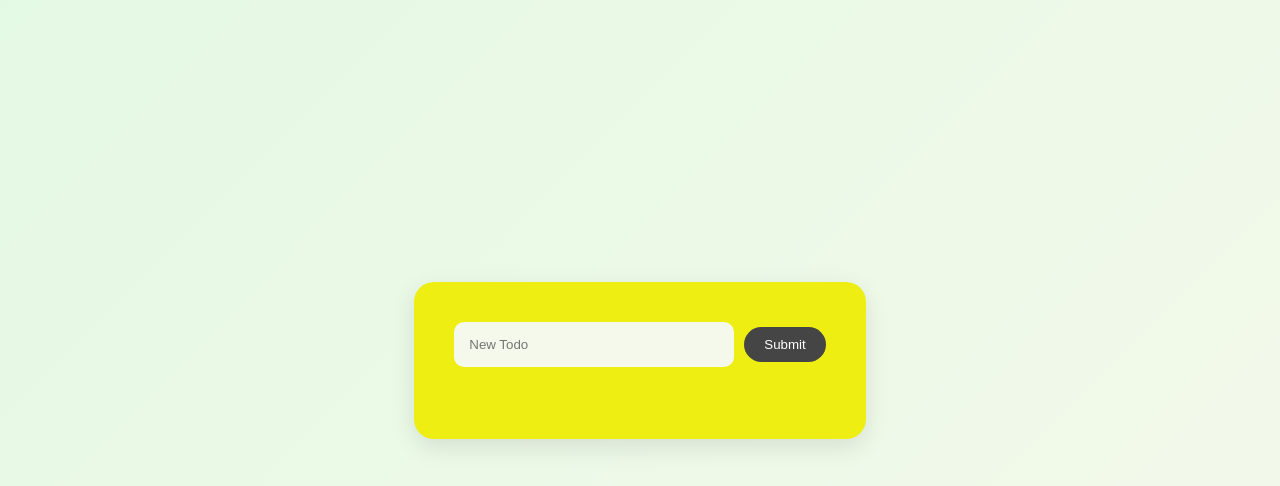
Repository: Subhadeep2609/Todo_React
Page: /
These files come from the project's save history. The page is drawn as it stood at one moment and after the next save; the edit follows.
The browser window is 1280 px wide. The pictures show the whole page.
The project was rebuilt for these pictures with package versions that can differ from the ones it lists, and the page was loaded fresh each time. Also part of the build but not shown: vite.config.js.

Above is the page before, as saved 2025-09-04 13:45:57.

### src/index.css
/* Reset */
* {
  padding: 0;
  margin: 0;
  box-sizing: border-box;
}

body {
  background: linear-gradient(135deg, #e4f9e4, #f5f9eb);
  height: 100vh;
  display: flex;
  justify-content: center;
  align-items: center;
  font-family: "Poppins", sans-serif;
}

/* Container */
.container {
  background: #eeee12;
  padding: 40px;
  border-radius: 20px;
  box-shadow: 0 8px 25px rgba(0, 0, 0, 0.1);
  min-width: 400px;
  transition: transform 0.3s ease;
}

.container:hover {
  transform: translateY(-5px);
}

/* Input */
input {
  padding: 15px;
  border: none;
  outline: none;
  background: #f5f9eb;
  width: 280px;
  margin-right: 10px;
  border-radius: 10px;
  transition: box-shadow 0.3s ease;
}

input:focus {
  box-shadow: 0 0 8px rgba(0, 150, 136, 0.4);
}

/* Button */
button {
  border-radius: 100px;
  background: #454545;
  padding: 10px 20px;
  outline: none;
  border: none;
  color: #fff;
  cursor: pointer;
  font-weight: 500;
  transition: all 0.3s ease;
}

button:hover {
  background: #2e7d32;
  transform: scale(1.05);
}

/* Todos List */
.todos-list {
  margin-top: 2rem;
  animation: fadeIn 0.6s ease-in-out;
}

/* Todo Item */
.todo {
  list-style: none;
  display: flex;
  justify-content: space-between;
  align-items: center;
  background: #f5f9eb;
  padding: 12px 20px;
  margin: 10px 0;
  border-radius: 12px;
  box-shadow: 0 4px 12px rgba(0, 0, 0, 0.05);
  animation: slideIn 0.4s ease forwards;
  opacity: 0;
}

/* Appear animation */
@keyframes slideIn {
  from {
    transform: translateY(15px);
    opacity: 0;
  }
  to {
    transform: translateY(0);
    opacity: 1;
  }
}

/* Fade in */
@keyframes fadeIn {
  from {
    opacity: 0;
  }
  to {
    opacity: 1;
  }
}

/* Close button */
.close {
  padding: 6px 12px;
  cursor: pointer;
  border-radius: 50%;
  background: #ff5252;
  color: white;
  border: none;
  transition: all 0.3s ease;
}

.close:hover {
  background: #d32f2f;
  transform: rotate(90deg);
}

### src/App.jsx
import Todo from "./components/Todo"


function App() {


  return (
    <div>
      <Todo/>
    </div>
  )
}

export default App

### src/components/Todo.jsx
import { useState } from "react";
import "../index.css";

const Todo = () => {
  const [todos, setTodos] = useState([]);
  const [input, setInput] = useState("");

  const handleSubmit = () => {
    if (!input.trim()) return; // prevent empty todo

    setTodos((prev) => [
      ...prev,
      { text: input, id: Date.now() }, // unique id
    ]);
    setInput("");
  };

  const removeTodo = (id) =>
    setTodos((prev) => prev.filter((t) => t.id !== id));

  const handleKeyDown = (e) => {
    if (e.key === "Enter") handleSubmit();
  };

  return (
    <div className="container">
      <input
        type="text"
        placeholder="New Todo"
        value={input}
        onChange={(e) => setInput(e.target.value)}
        onKeyDown={handleKeyDown}
      />

      <button type="button" onClick={handleSubmit}>
        Submit
      </button>

      <ul className="todos-list">
        {todos.map(({ text, id }) => (
          <li className="todo" key={id}>
            <span>{text}</span>
            <button
              type="button"
              className="close"
              onClick={() => removeTodo(id)}
            >
              X
            </button>
          </li>
        ))}
      </ul>
    </div>
  );
};

export default Todo;

Loaded but not shown: index.html (common file); src/main.jsx (common file)

After the next save:
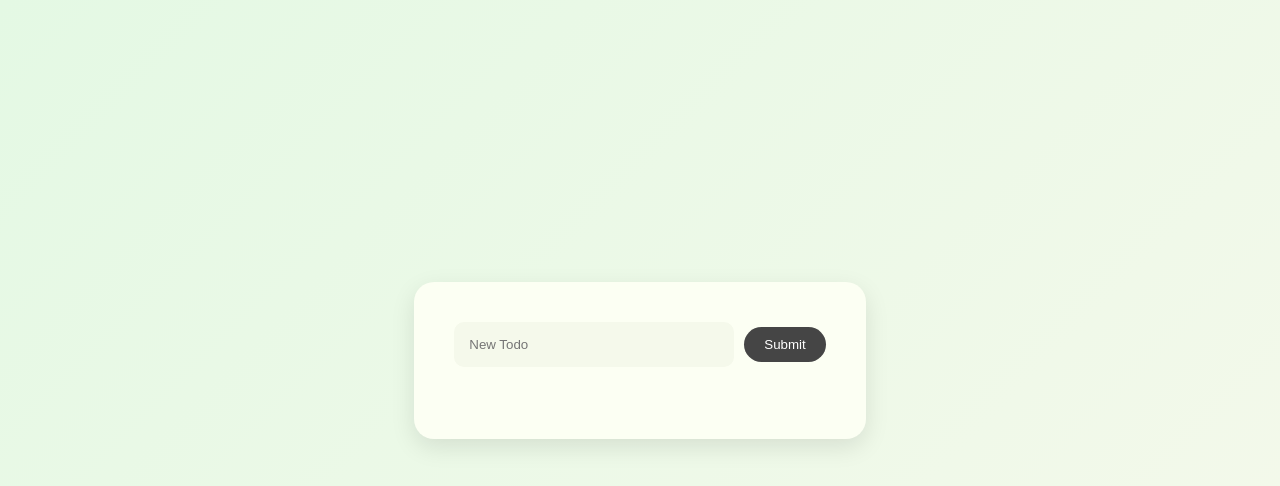
Saved 7 s later.
--- a/src/index.css
+++ b/src/index.css
@@ -16,7 +16,7 @@ body {
 
 /* Container */
 .container {
-  background: #eeee12;
+  background: #fcfff3;
   padding: 40px;
   border-radius: 20px;
   box-shadow: 0 8px 25px rgba(0, 0, 0, 0.1);
